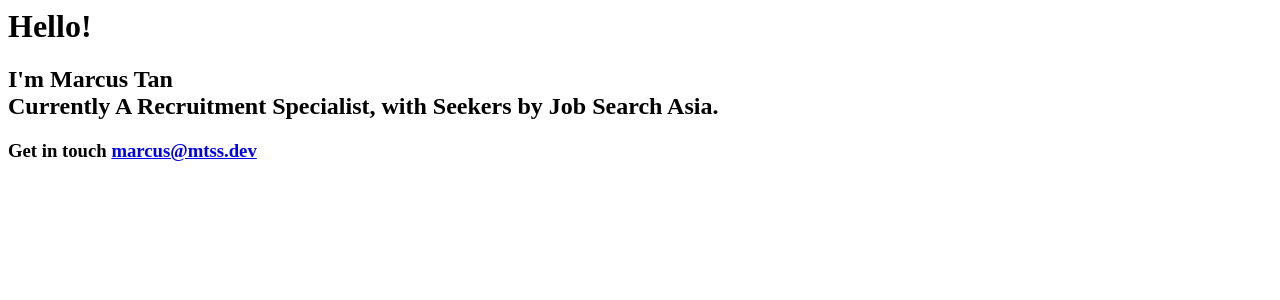
Repository: marcustanx/marcustanx.github.io
Page: _includes/intro.html
These files come from the project's save history. The page is drawn as it stood at one moment and after the next save; the edit follows.
The browser window is 1280 px wide. The pictures show the whole page.

Above is the page before, as saved 2020-07-11 14:31:43.

After the next save:
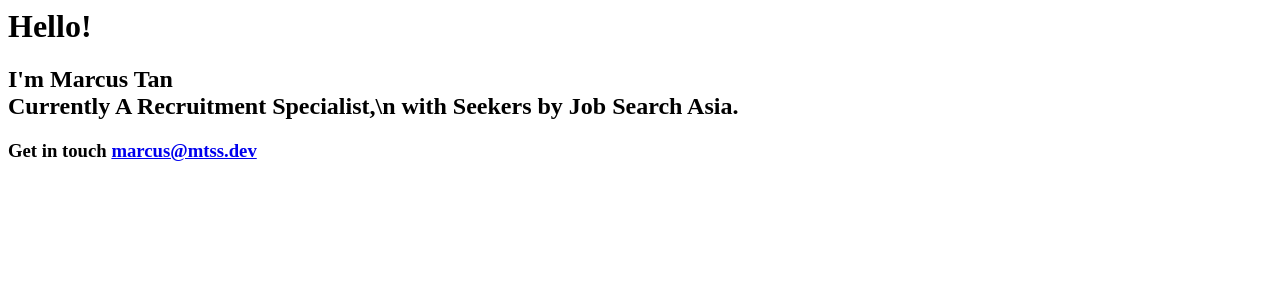
Saved 3 min 33 s later.
--- a/_includes/intro.html
+++ b/_includes/intro.html
@@ -5,7 +5,7 @@
 
   <h2 class="intro__tagline">I'm
     <span class="name">Marcus Tan</span><br>
-    Currently A Recruitment Specialist, with Seekers by Job Search Asia.
+    Currently A Recruitment Specialist,\n with Seekers by Job Search Asia.
     <span class="emoji technologist"></span>
   </h2>
 
